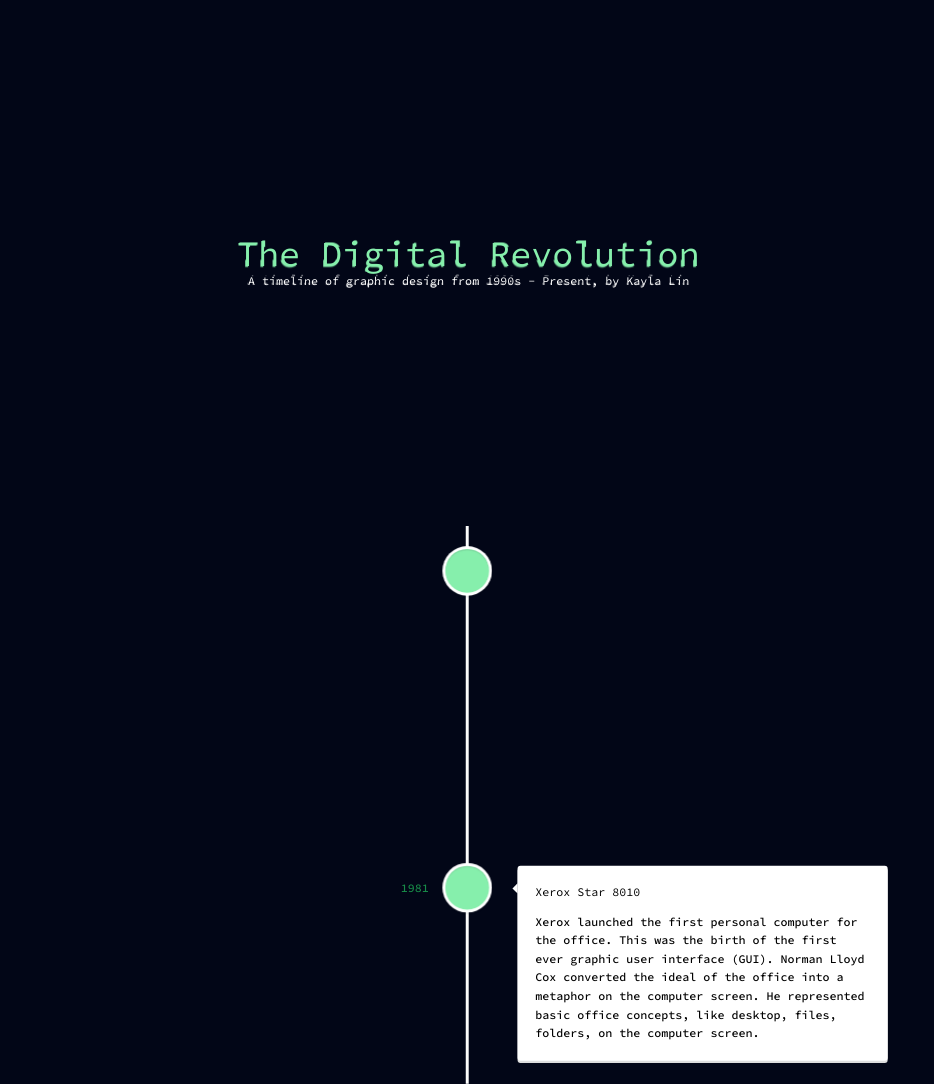
Repository: kayla-lin/graphic-design-timeline
Page: /
The author's editor kept a copy of each file at every save. The page is drawn from the files as they stood at one save, then again after the next save.
The browser window is 1280 px wide. The pictures show the whole page, at 73% of full size.
The project was rebuilt for these pictures with package versions that can differ from the ones it lists, and the page was loaded fresh each time. The framework's server and built-in components were replaced by stand-ins that run in the browser. Also part of the build but not shown: next.config.js.

Above is the page before, as saved 2023-05-01 19:26:21.

### pages/index.tsx
import Image from "next/image";
import { Source_Code_Pro } from "next/font/google";
import Introduction from "./components/Introduction";
import "react-vertical-timeline-component/style.min.css";
import {
  VerticalTimeline,
  VerticalTimelineElement,
} from "react-vertical-timeline-component";
import TimelineElement from "./components/TimelineElement";

const source = Source_Code_Pro({ subsets: ["latin"] });

export default function Home() {
  return (
    <main className={`${source.className} bg-slate-950`}>
      <Introduction />
      <VerticalTimeline>
        <TimelineElement
          title="Rise of Skeuomorphism"
          date="1980s"
          img="skeumorphic.png"
          altImg="Skeuomorphism"
          desc={
            "Skeuomorphism is a useful concept for design. It involves creating a design that mimics its real life counterpart. For example, an icon of a trash can for deleting files, or a floppy disk for the save functionality. It was useful because of its design affordance: a shape that suggests its use. Since graphical interfaces on the computer were new. Computer interfaces would be much more intuitive with skeuomorphism Skeuomorphism designs often had beveled edges, gradients, and reflections."
          }
        />
        <TimelineElement
          title="Xerox Star 8010"
          date="1981"
          desc={
            "Xerox launched the first personal computer for the office. This was the birth of the first ever graphic user interface (GUI).  Norman Lloyd Cox converted the ideal of the office into a metaphor on the computer screen. He represented basic office concepts, like desktop, files, folders, on the computer screen."
          }
        />
      </VerticalTimeline>
    </main>
  );
}

### styles/globals.css
@tailwind base;
@tailwind components;
@tailwind utilities;

@import url("https://fonts.googleapis.com/css?family=Fira+Mono:400");

.glitch {
  animation: glitch 1s linear infinite;
}

@keyframes glitch {
  2%,
  64% {
    transform: translate(2px, 0) skew(0deg);
  }
  4%,
  60% {
    transform: translate(-2px, 0) skew(0deg);
  }
  62% {
    transform: translate(0, 0) skew(5deg);
  }
}

.glitch:before,
.glitch:after {
  content: attr(title);
  position: absolute;
  left: 0;
}

.glitch:before {
  animation: glitchTop 1s linear infinite;
  clip-path: polygon(0 0, 100% 0, 100% 33%, 0 33%);
  -webkit-clip-path: polygon(0 0, 100% 0, 100% 33%, 0 33%);
}

@keyframes glitchTop {
  2%,
  64% {
    transform: translate(2px, -2px);
  }
  4%,
  60% {
    transform: translate(-2px, 2px);
  }
  62% {
    transform: translate(13px, -1px) skew(-13deg);
  }
}

.glitch:after {
  animation: glitchBotom 1.5s linear infinite;
  clip-path: polygon(0 67%, 100% 67%, 100% 100%, 0 100%);
  -webkit-clip-path: polygon(0 67%, 100% 67%, 100% 100%, 0 100%);
}

@keyframes glitchBotom {
  2%,
  64% {
    transform: translate(-2px, 0);
  }
  4%,
  60% {
    transform: translate(-2px, 0);
  }
  62% {
    transform: translate(-22px, 5px) skew(21deg);
  }
}

### pages/components/Introduction/index.tsx
import React from "react";

const Introduction = () => {
  return (
    <section className="h-screen w-screen text-white flex flex-col justify-center items-center">
      <h1
        title="The Digital Revolution"
        className="glitch text-5xl text-green-300"
      >
        The Digital Revolution
      </h1>
      <div
        className="glitch"
        title="A timeline of graphic design from 1990s - Present, by Kayla Lin"
      >
        A timeline of graphic design from 1990s - Present, by Kayla Lin
      </div>
    </section>
  );
};

export default Introduction;

### pages/components/TimelineElement/index.tsx
import Image from "next/image";
import React, { FC } from "react";
import { VerticalTimelineElement } from "react-vertical-timeline-component";

interface Props {
  title: string;
  subTitle?: string;
  date: string;
  desc: string;
  img?: string;
  altImg?: string;
}

const TimelineElement: FC<Props> = ({
  title,
  subTitle,
  desc,
  img,
  date,
  altImg,
}) => {
  return (
    <VerticalTimelineElement
      className="vertical-timeline-element--work"
      date={date}
      iconStyle={{
        background: "rgb(134 239 172)",
        color: "#fff",
      }}
      dateClassName="text-green-500"
    >
      <h3 className="vertical-timeline-element-title">{title}</h3>
      {img && altImg && (
        <div className="w-100 h-200 object-contain">
          <Image src={`/img/${img}`} alt={altImg} layout="fill" />
        </div>
      )}
      {subTitle && (
        <h4 className="vertical-timeline-element-subtitle">{subTitle}</h4>
      )}
      <p>{desc}</p>
    </VerticalTimelineElement>
  );
};

export default TimelineElement;

Loaded but not shown: pages/_app.tsx (common file); pages/_document.tsx (common file); tailwind.config.js (common file)

After the next save:
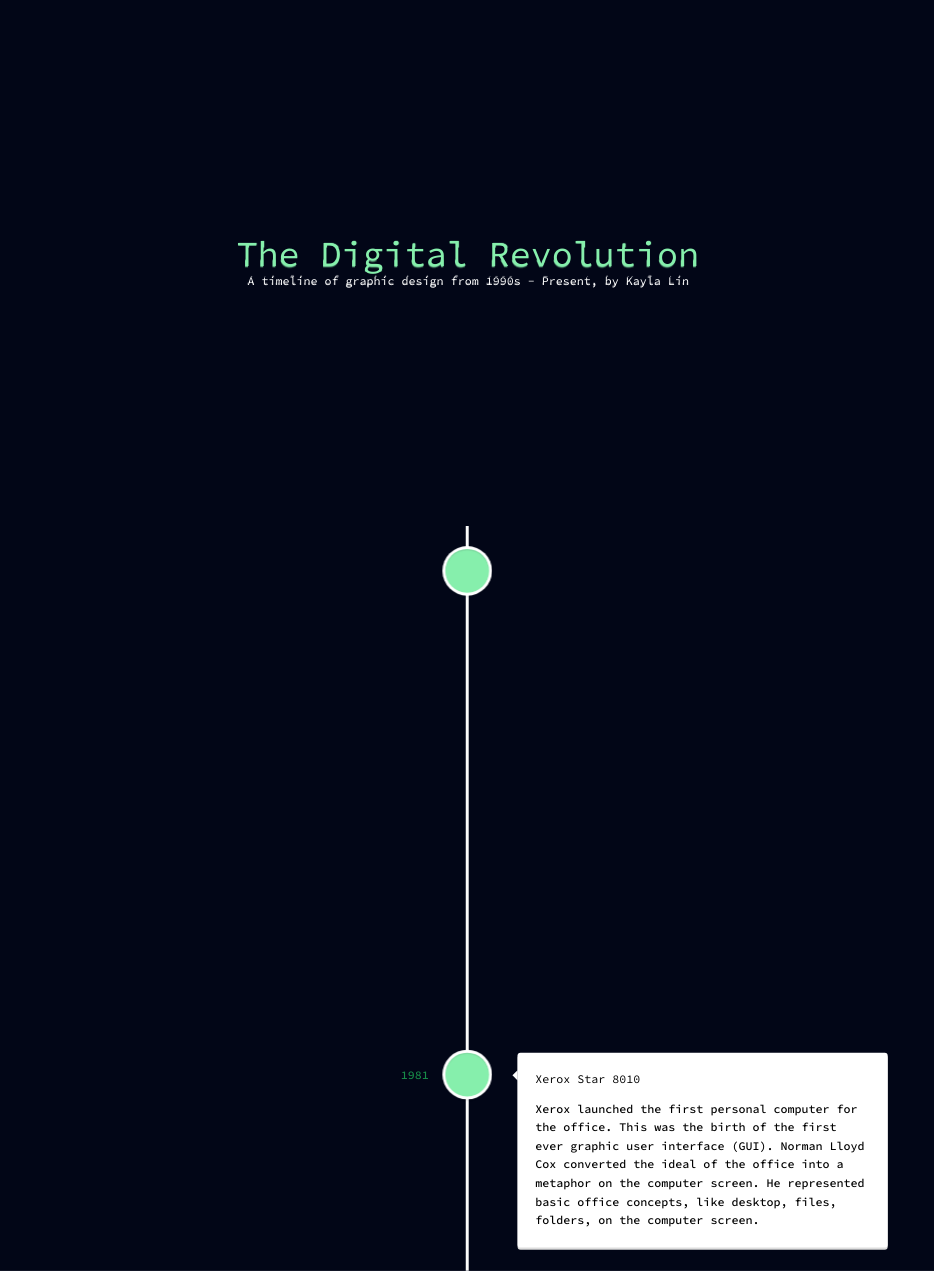
Saved 71 s later.
--- a/pages/components/TimelineElement/index.tsx
+++ b/pages/components/TimelineElement/index.tsx
@@ -31,8 +31,14 @@
     >
       <h3 className="vertical-timeline-element-title">{title}</h3>
       {img && altImg && (
-        <div className="w-100 h-200 object-contain">
-          <Image src={`/img/${img}`} alt={altImg} layout="fill" />
+        <div className="h-64 w-96 relative">
+          <Image
+            src={`/img/${img}`}
+            alt={altImg}
+            layout="fill" // required
+            objectFit="cover" // change to suit your needs
+            className="rounded-full" // just an example
+          />
         </div>
       )}
       {subTitle && (
